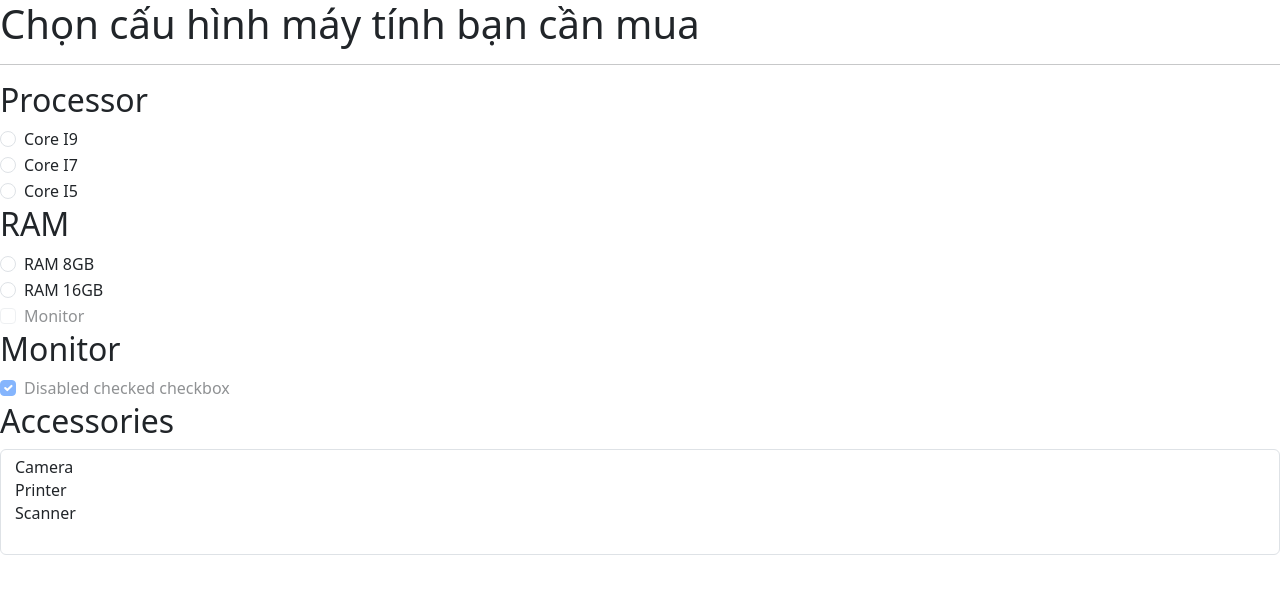
Repository: vnmk1/jsp_servlet-tutorials
Page: http://localhost/Bai7_BaiTapJSP/muaMayTinh.jsp
An editor plug-in stored every save of this project. The page is shown before and after the next save, followed by the edit.
The browser window is 1280 px wide. The pictures show the whole page.
The page is served by Tomcat 9.

Above is the page before, as saved 2023-07-19 08:44:05.

After the next save:
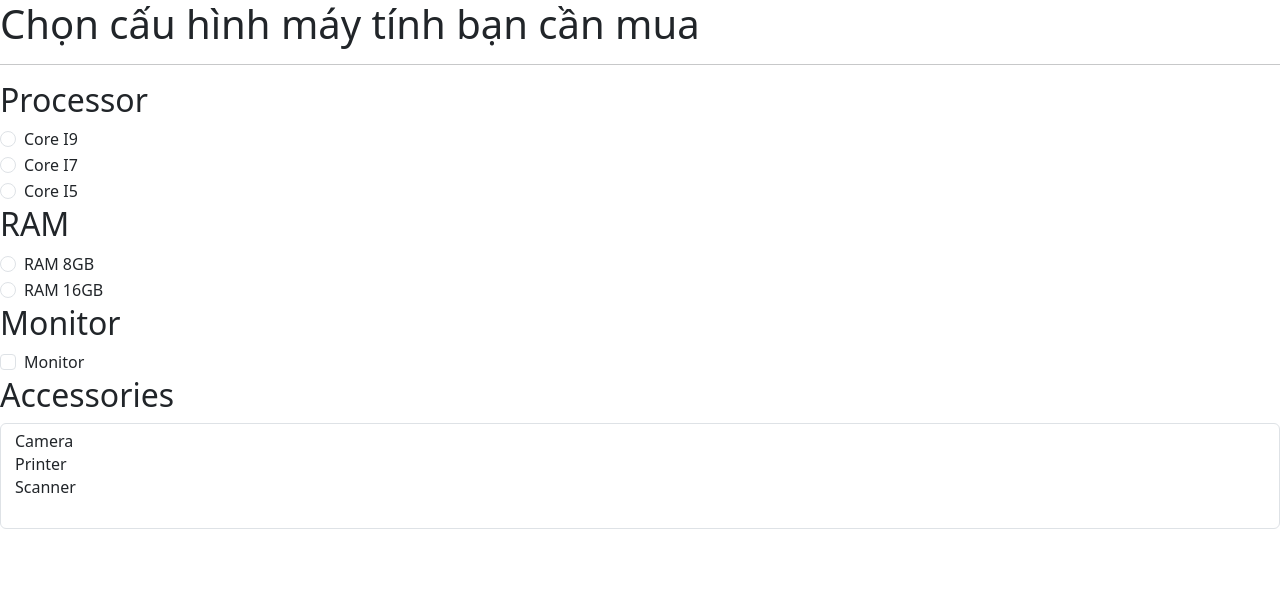
Saved 69 s later.
--- a/Bai7_BaiTapJSP/src/main/webapp/muaMayTinh.jsp
+++ b/Bai7_BaiTapJSP/src/main/webapp/muaMayTinh.jsp
@@ -52,18 +52,13 @@
 				for="ram16g">RAM 16GB</label>
 		</div>
 
+		<h2>Monitor</h2>
 		<div class="form-check">
 			<input class="form-check-input" type="checkbox" value="Monitor"
-				id="monitor" disabled> <label class="form-check-label"
+				id="monitor" name = "monitor"> <label class="form-check-label"
 				for="monitor"> Monitor </label>
 		</div>
-		<h2>Monitor</h2>
-		<div class="form-check">
-			<input class="form-check-input" type="checkbox" value=""
-				id="flexCheckCheckedDisabled" checked disabled> <label
-				class="form-check-label" for="flexCheckCheckedDisabled">
-				Disabled checked checkbox </label>
-		</div>
+
 		<h2>Accessories</h2>
 		<select class="form-select" multiple aria-label="multiple select example" name = "accessories">
 			<option value="Camera">Camera</option>
